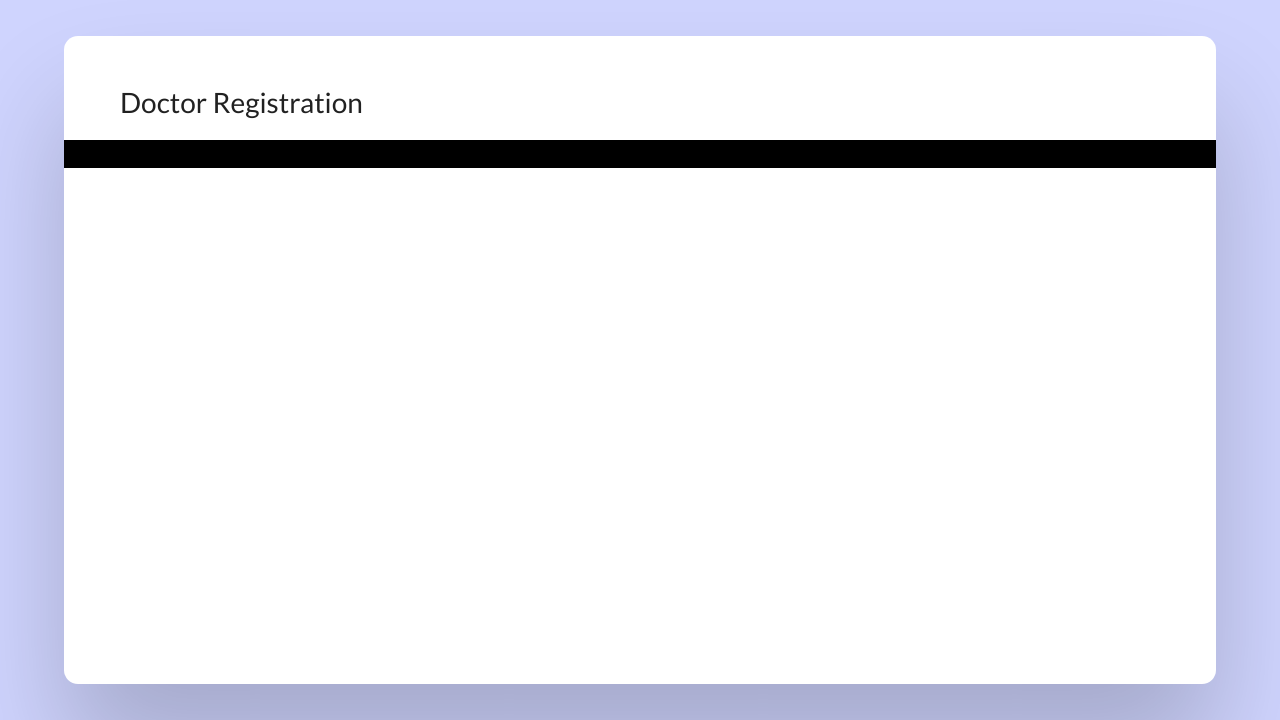
Repository: ajayaj2001/healthcare-digitization
Page: /doctorForm
The author's editor kept a copy of each file at every save. The page is drawn from the files as they stood at one save, then again after the next save.
The browser window is 1280 px wide. The pictures show the whole page.
The project was rebuilt for these pictures with package versions that can differ from the ones it lists, and the page was loaded fresh each time. Also part of the build but not shown: src/component/userType/UserType.scss, src/component/userType/UserType.js, src/component/login/Login.scss, src/component/login/loginForm/LoginForm.scss, src/component/login/loginForm/LoginForm.js, src/component/login/Login.js, src/component/register/Register.scss, src/component/register/registerForm/RegisterForm.scss and 2 more.

Above is the page before, as saved 2021-03-13 10:37:22.

### public/index.html
<!DOCTYPE html>
<html lang="en">

<head>
  <meta charset="utf-8" />
  <meta name="viewport" content="width=device-width, initial-scale=1" />
  <meta name="theme-color" content="#000000" />
  <meta name="description" content="Web site created using create-react-app" />
  <link rel="stylesheet" href="https://fonts.googleapis.com/css?family=Roboto:300,400,500,700&display=swap" />
  <link rel="stylesheet" href="https://fonts.googleapis.com/icon?family=Material+Icons" />

  <!--
      manifest.json provides metadata used when your web app is installed on a
      user's mobile device or desktop. See https://developers.google.com/web/fundamentals/web-app-manifest/
    -->
  <!-- <link rel="manifest" href="%PUBLIC_URL%/manifest.json" /> -->
  <!--
      Notice the use of %PUBLIC_URL% in the tags above.
      It will be replaced with the URL of the `public` folder during the build.
      Only files inside the `public` folder can be referenced from the HTML.

      Unlike "/favicon.ico" or "favicon.ico", "%PUBLIC_URL%/favicon.ico" will
      work correctly both with client-side routing and a non-root public URL.
      Learn how to configure a non-root public URL by running `npm run build`.
    -->
  <title>medical</title>
</head>

<body>
  <noscript>You need to enable JavaScript to run this app.</noscript>
  <div id="root"></div>
  <!--
      This HTML file is a template.
      If you open it directly in the browser, you will see an empty page.

      You can add webfonts, meta tags, or analytics to this file.
      The build step will place the bundled scripts into the <body> tag.

      To begin the development, run `npm start` or `yarn start`.
      To create a production bundle, use `npm run build` or `yarn build`.
    -->
</body>

</html>

### src/index.js
import React from 'react';
import ReactDOM from 'react-dom';
import './index.scss';
import App from './component/app/App';
import 'semantic-ui-css/semantic.min.css'


ReactDOM.render(
  // <React.StrictMode>
    <App />
  // </React.StrictMode>
  ,
  document.getElementById('root')
);

### src/index.scss
code {
  font-family: source-code-pro, Menlo, Monaco, Consolas, "Courier New", monospace;
}
@mixin respond($breakpoint) {
  @if $breakpoint == phone {
    @media (max-width: 37.5em) {
      @content;
    }
  }

  @if $breakpoint == tab-land {
    @media (max-width: 75em) {
      @content;
    }
  }
  @if $breakpoint == tab-port {
    @media (max-width: 56.25em) {
      @content;
    }
  }
  @if $breakpoint == big-desktop {
    @media (min-width: 112.5em) {
      @content;
    }
  }
}

*,
*::after,
*::before {
  margin: 0;
  padding: 0;
  box-sizing: inherit;
}
body {
  font-family: "Lato", sans-serif;
  font-weight: 400;
  font-size: 16px;
  line-height: 1.7;
  color: #777;
  //padding: 30px;
  box-sizing: border-box;
  @include respond(tab-port) {
    padding: 0;
  }
}

html {
  font-size: 62.5%; //1rem=10px 10px/16px=62.5%
  @include respond(tab-land) {
    //width <1200
    font-size: 56.25%; //1rem=9px
  }
  @include respond(tab-port) {
    //<width <900
    font-size: 50%; //1rem=8px
  }
  // @include respond(phone) {
  //     //<width<600
  //     font-size: 40%; //1rem=4.8px
  // }
  @include respond(big-desktop) {
    //>1200
    font-size: 75%; //1rem=12
  }
}

### src/component/app/App.js
import './App.scss';

import UserType from "../userType/UserType";
import Login from '../login/Login';
import Register from '../register/Register';
import { BrowserRouter as Router,Route,Switch } from 'react-router-dom';
import DoctorForm from '../doctorForm/DoctorForm';

function App() {
  return (
    <Router>
       <Switch>
          <Route path="/login">
           <Login/>
          </Route>
          <Route path="/register">
           <Register/>
          </Route>
          <Route path="/doctorForm">
            <DoctorForm/>
          </Route>
          <Route path="/">
            <UserType/>
          </Route>

        </Switch>
    {/* <div className="App">
    </div> */}
    </Router>
  );
}

export default App;

### src/component/doctorForm/DoctorForm.js
import React from 'react'
import './DoctorForm.scss'
import { Form, Input, TextArea, Button, Select } from 'semantic-ui-react'

const DoctorForm = () => {
    return (
        <div className="doctorForm__container">
            <div className="doctorForm__main">
                <div className="doctorForm__heading">Doctor Registration</div>
            </div>
        </div>
    )
}

export default DoctorForm

### src/component/doctorForm/DoctorForm.scss
.doctorForm{
    &__container{
        margin: 0;
        background-color: #cfd4fe;
        height: 100vh;
        display: flex;
        justify-content: center;
        align-items: center;
    }
    &__main{
        background-color: white;
        width: 90%;
        height: 90%;
        border-radius: 1rem;
        align-items: center;
        overflow: hidden;
        box-shadow: 0 5rem 8rem rgba(black, 0.2);
    }
   &__heading{
       font-size: 2rem;
       padding: 4rem 0rem 2rem 4rem;
       border-bottom: 2rem solid black;
   }
}

Loaded but not shown: src/component/app/App.scss (no stored copy; drawn as an empty file)

After the next save:
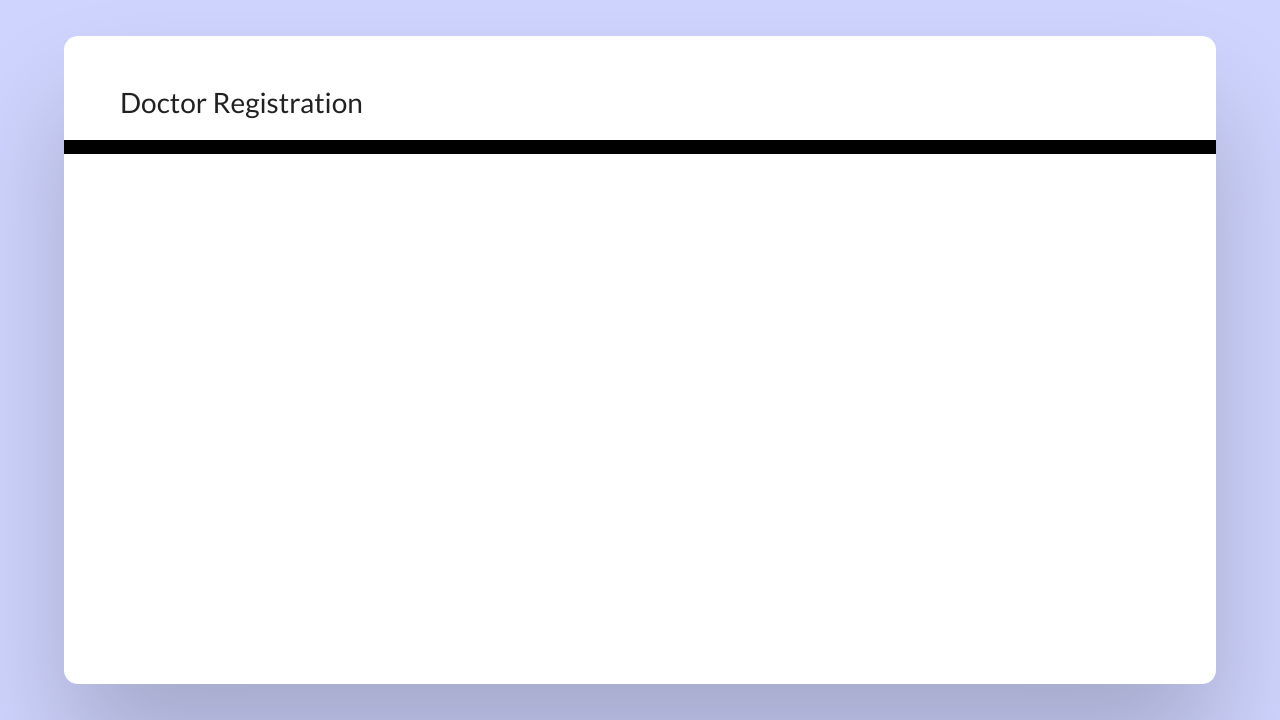
Saved 5 s later.
--- a/src/component/doctorForm/DoctorForm.scss
+++ b/src/component/doctorForm/DoctorForm.scss
@@ -19,6 +19,6 @@
    &__heading{
        font-size: 2rem;
        padding: 4rem 0rem 2rem 4rem;
-       border-bottom: 2rem solid black;
+       border-bottom: 1rem solid black;
    }
 }
